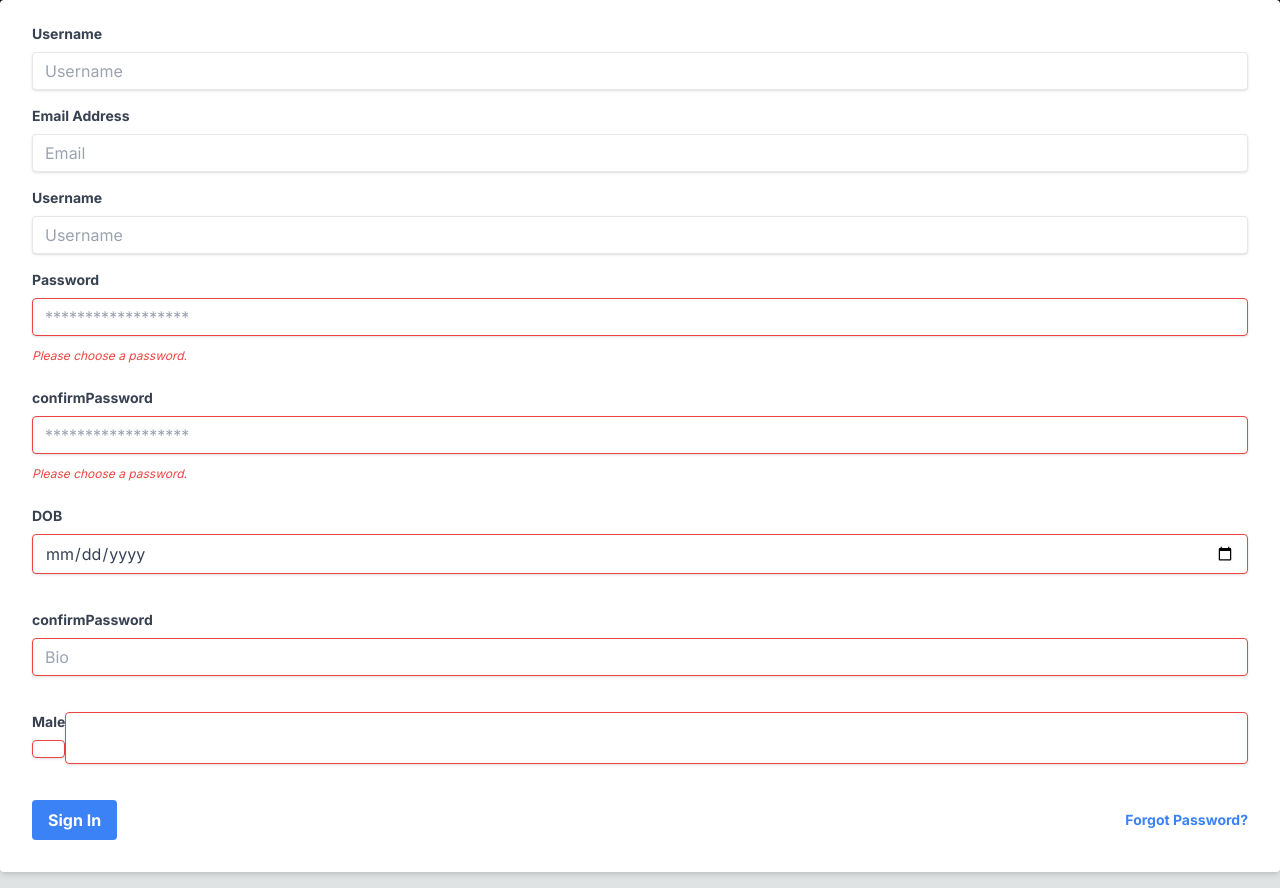
Repository: uh-sman/tiktok-card
Page: /
These files come from the project's save history. The page is drawn as it stood at one moment and after the next save; the edit follows.
The browser window is 1280 px wide. The pictures show the whole page.
The project was rebuilt for these pictures with package versions that can differ from the ones it lists, and the page was loaded fresh each time. The framework's server and built-in components were replaced by stand-ins that run in the browser. Also part of the build but not shown: next.config.js.

Above is the page before, as saved 2023-12-19 12:15:40.

After the next save:
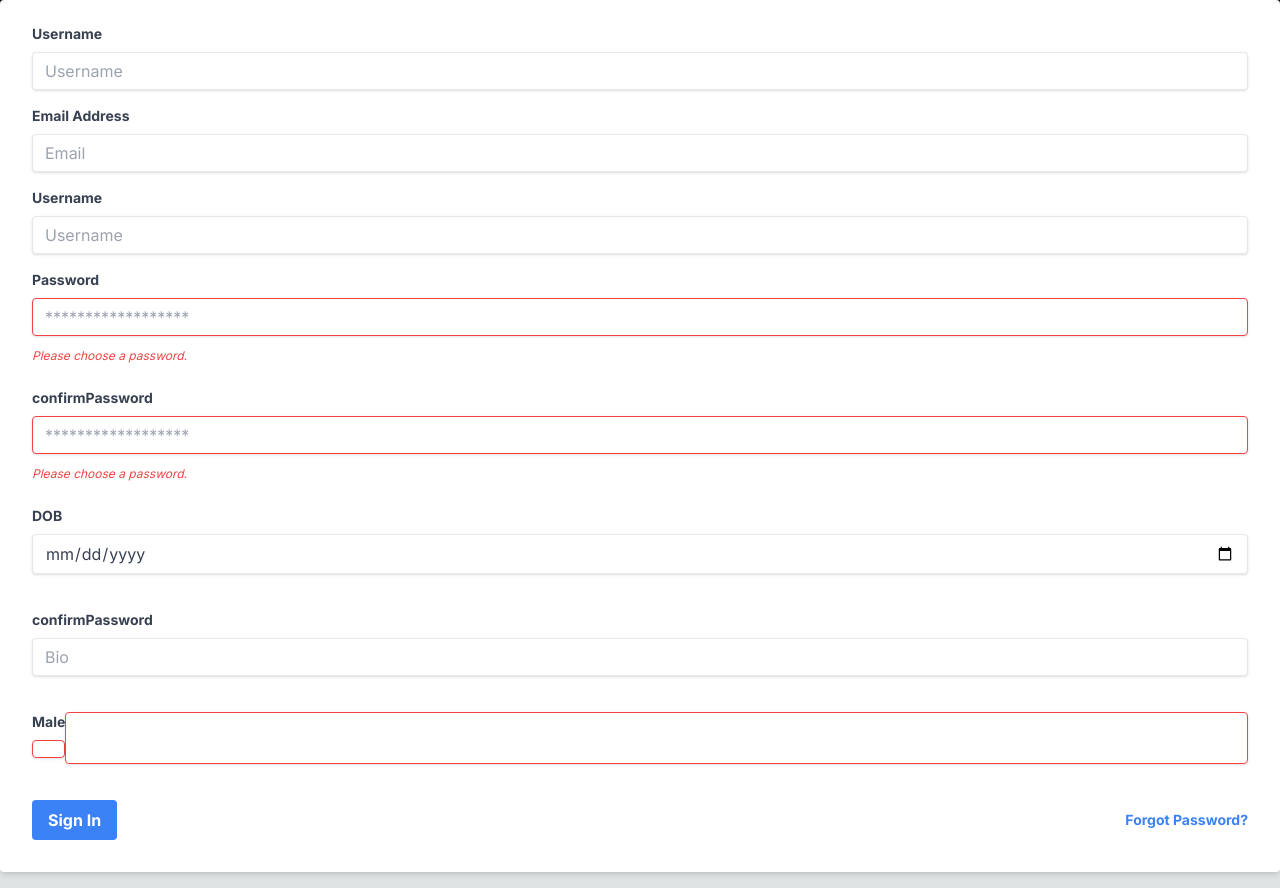
Saved 85 s later.
--- a/app/page.tsx
+++ b/app/page.tsx
@@ -60,14 +60,14 @@ export default function Home() {
       <label className="block text-gray-700 text-sm font-bold mb-2" htmlFor="password">
         DOB
       </label>
-      <Input onChange={() => {}} className="shadow appearance-none border border-red-500 rounded w-full py-2 px-3 text-gray-700 mb-3 leading-tight focus:outline-none focus:shadow-outline" id="DateOfBirth" type="date" placeholder="DOB" />
+      <Input onChange={() => {}} className="shadow appearance-none border rounded w-full py-2 px-3 text-gray-700 mb-3 leading-tight focus:outline-none focus:shadow-outline" id="DateOfBirth" type="date" placeholder="DOB" />
       {/* <p className="text-red-500 text-xs italic">Please confirm your password.</p> */}
     </div>
     <div className="mb-6">
       <label className="block text-gray-700 text-sm font-bold mb-2" htmlFor="password">
         confirmPassword
       </label>
-      <Input onChange={() => {}} className="shadow appearance-none border border-red-500 rounded w-full py-2 px-3 text-gray-700 mb-3 leading-tight focus:outline-none focus:shadow-outline" id="Bio" type="text" placeholder="Bio" />
+      <Input onChange={() => {}} className="shadow appearance-none border rounded w-full py-2 px-3 text-gray-700 mb-3 leading-tight focus:outline-none focus:shadow-outline" id="Bio" type="text" placeholder="Bio" />
       {/* <p className="text-red-500 text-xs italic">Please confirm your password.</p> */}
     </div>
     <div className="mb-6">
